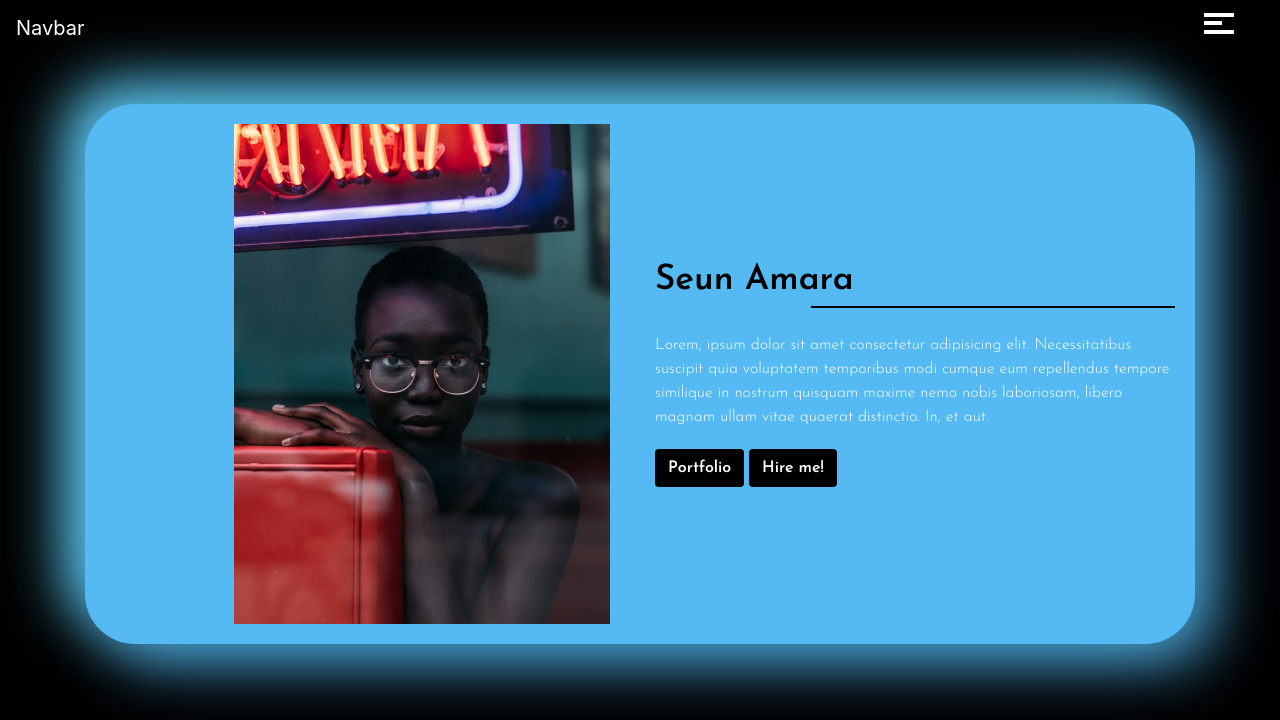
Repository: latenightsnacc/portfolio-site
Page: index.html
An editor plug-in stored every save of this project. The page is shown before and after the next save, followed by the edit.
The browser window is 1280 px wide. The pictures show the whole page.
Some web libraries are served in a nearby version. The style sheet was rebuilt from its Sass, Less or Tailwind sources for each picture, by a compiler version that may differ from the author's.

Above is the page before, as saved 2020-08-03 15:19:23.

After the next save:
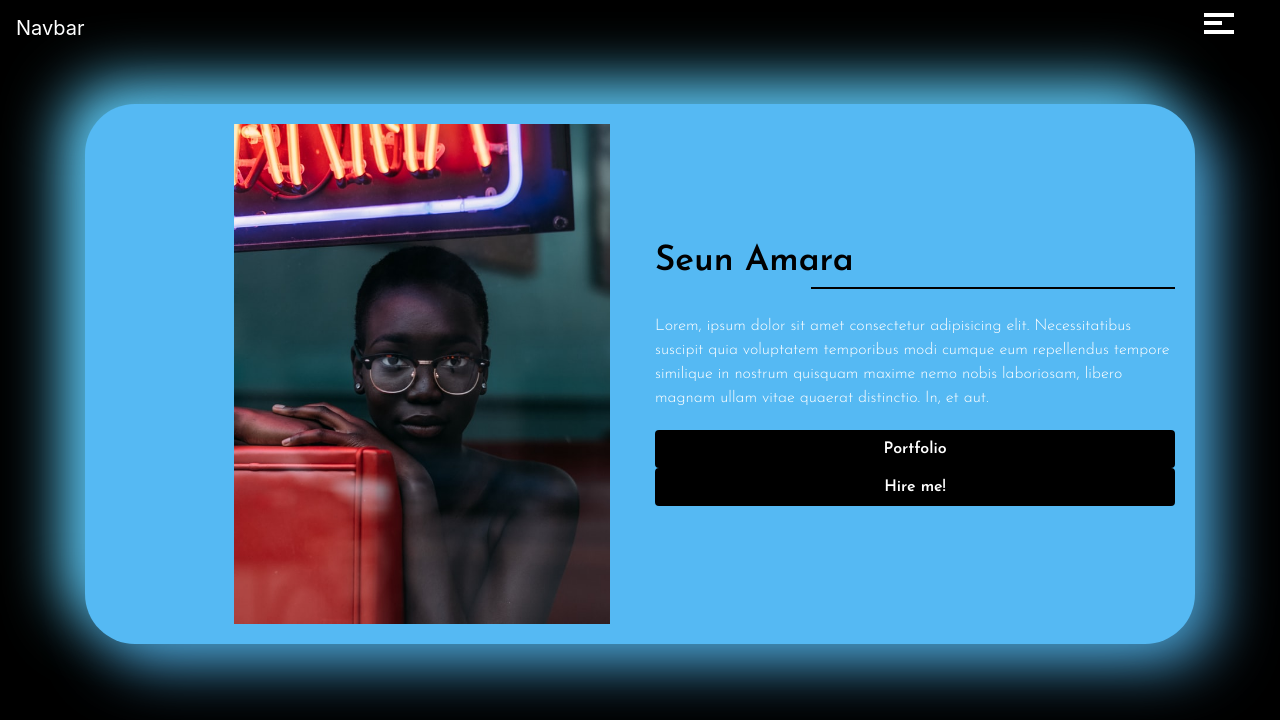
Saved 40 s later.
--- a/styles/stylesheet.scss
+++ b/styles/stylesheet.scss
@@ -23,10 +23,11 @@
     overflow-x: hidden;
     //
 }
-.uk-modal-dialog{
+.uk-modal-dialog, .btn-box{
     display: flex;
     flex-direction: column;
     justify-content: space-around;
+
 }
 .menu-items {
     display: flex;

After the 2 saves that followed:
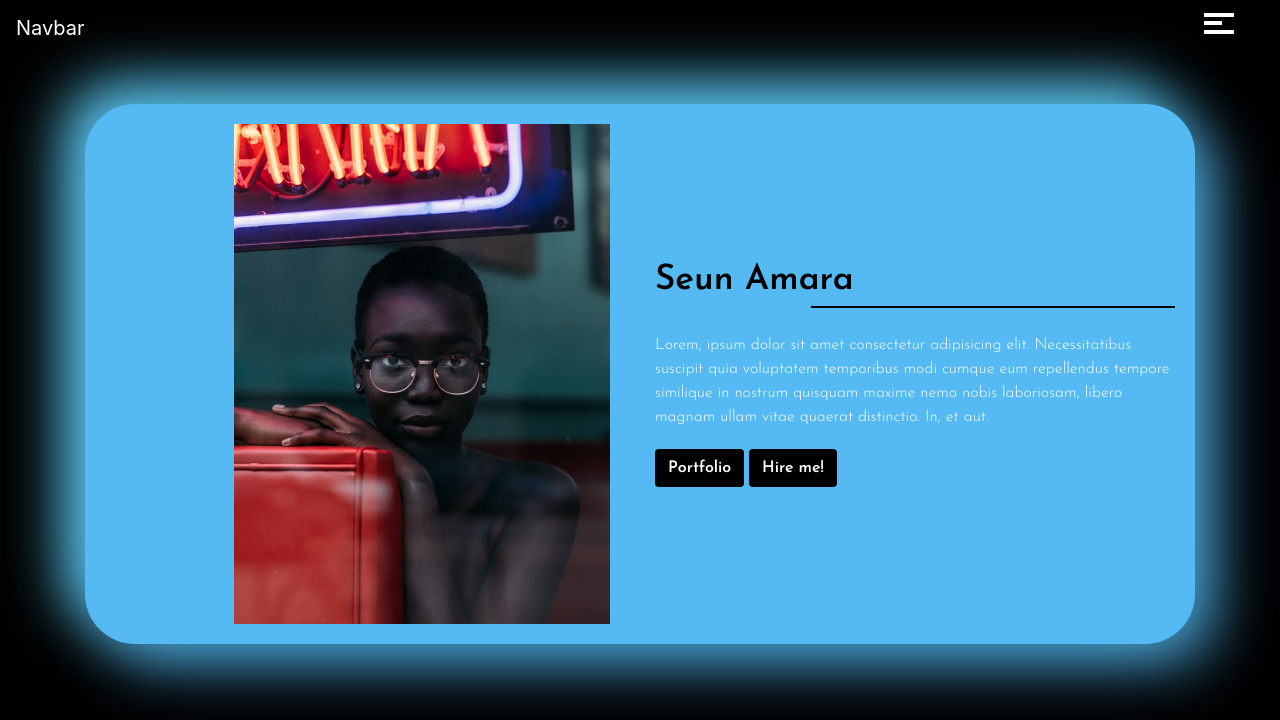
The 2 saves are shown as one change because 1 left the picture as it was.
The last was saved 11 s later.
--- a/index.html
+++ b/index.html
@@ -85,7 +85,7 @@
                             </ul>
                         </div>
                         <div class="col-s2 col-md-2 col-lg-2">
-                            <div class="btn-box">
+                            <div class="btn-boxMenu">
                                 <button class="btn">Hire me!</button>
                             </div>
 
--- a/styles/stylesheet.scss
+++ b/styles/stylesheet.scss
@@ -23,7 +23,7 @@
     overflow-x: hidden;
     //
 }
-.uk-modal-dialog, .btn-box{
+.uk-modal-dialog, .btn-boxMenu{
     display: flex;
     flex-direction: column;
     justify-content: space-around;
